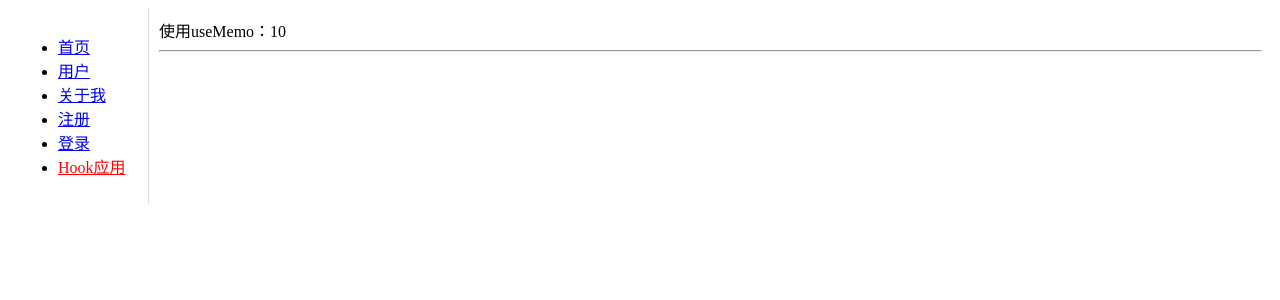
Repository: shellingfordly/js-library-Demo
Page: /hook (app in demo/react/demo/)
The author's editor kept a copy of each file at every save. The page is drawn from the files as they stood at one save, then again after the next save.
The browser window is 1280 px wide. The pictures show the whole page.
The project was rebuilt for these pictures with package versions that can differ from the ones it lists, and the page was loaded fresh each time. Also part of the build but not shown: demo/react/demo/src/views/home/components/UseReducer.js, demo/react/demo/src/views/home/components/SetTimeout.js, demo/react/demo/src/views/home/hook/context.js, demo/react/demo/src/views/home/components/context/useContext.js, demo/react/demo/src/views/home/components/context/contextType.js, demo/react/demo/src/views/home/components/context/consumer.js, demo/react/demo/src/views/home/utils/highComponent.js, demo/react/demo/src/views/home/Home.js and 12 more.

Above is the page before, as saved 2021-01-17 22:56:18.

### demo/react/demo/src/index.js
import React from 'react';
import ReactDOM from 'react-dom';
import './index.css';
import App from './App';
import reportWebVitals from './reportWebVitals';
import {BrowserRouter as Route} from 'react-router-dom'

ReactDOM.render(
  <React.StrictMode>
    <Route>
      <App />
    </Route>
  </React.StrictMode>,
  document.getElementById('root')
);

// If you want to start measuring performance in your app, pass a function
// to log results (for example: reportWebVitals(console.log))
// or send to an analytics endpoint. Learn more: https://bit.ly/CRA-vitals
reportWebVitals();

### demo/react/demo/src/App.js

import './App.scss'
import { Component } from 'react'
import { NavLink, Route, Switch, Redirect } from 'react-router-dom'
import Home from './views/home/Home'
import About from './views/about/About'
import Register from './views/Register'
import User from './views/User'
import Login from './views/Login'
import store from './store'
import { userLogout } from './store/actions'
import Hook from './views/HookComponent'

export default class App extends Component {

  state = {
    isShow: false
  }

  componentDidMount() {
    store.subscribe(() => {
      const data = store.getState()
      this.setState({ isShow: data.isLogin })
    })
  }

  logout = () => {
    store.dispatch(userLogout())
  }


  render() {

    return (
      <div className="app">
        <div className="nav">
          <ul>
            <li>
              <NavLink to='/home'>首页</NavLink>
            </li>
            <li>
          <NavLink to='/user'>用户</NavLink>
            </li>
            <li>
          <NavLink to='/about'>关于我</NavLink>
            </li>
            <li>
          <NavLink to='/register'>注册</NavLink>
            </li>
            <li>
          <NavLink to='/login'>登录</NavLink>
            </li>
            <li>
          <NavLink to='/hook'>Hook应用</NavLink>
            </li>
          </ul>

        </div>
        <div className="content">
          <Switch>
            <Route path="/home" component={Home}></Route>
            <Route path="/user" component={User}></Route>
            <Route path="/about" component={About}></Route>
            <Route path="/register" component={Register}></Route>
            <Route path="/login" component={Login}></Route>
            <Route path="/hook" component={Hook}></Route>
            <Redirect to="/login"></Redirect>
          </Switch>
        </div>
      </div>


    )
  }
};

### demo/react/demo/src/App.scss
.app {
  // width: 80%;
  margin: auto;
  display: flex;

  .nav {
    width: 120px;
    padding: 10px;
    border-right: 1px solid #ddd;

    a {
      display: inline;
      width: 100%;
    }

    .active {
      color: red;
    }
  }

  .content {
    flex:1;
    padding: 10px;
    // display: flex;
    // justify-content: space-around;

    .login {
      .label {
        display: inline-block;
        width: 70px;
      }
      .btn {
        padding-top: 10px;
        text-align: center;

        button:first-child {
          margin-right: 10px;
        }
      }
    }
  }
}

.show {
  display: block;
}
.hide {
  display: none;
}

### demo/react/demo/src/store/index.js
import {createStore, applyMiddleware}  from 'redux'
import thunk from 'redux-thunk'
import  rootReducer from './combineReducer'

export default createStore(rootReducer, applyMiddleware(thunk))

### demo/react/demo/src/store/actions.js
export function saveUser(data){
  return {
    type: 'SAVE',
    data
  }
}

export function getUser(data){
  return {
    type: 'GET',
    data
  }
}

export function userLogin(){
  return {
    type: 'LOGIN',
  }
}

export function userLogout(){
  return {
    type: 'LOGOUT',
  }
}

### demo/react/demo/src/views/HookComponent/index.js

import { UseMemoComponent} from './components/useMemo'

export default function HookComponent(){
  return (
    <div>
      使用useMemo：<UseMemoComponent />
      <hr/>
      {/* 未使用：<useFunComponent/> */}
    </div>
  )
}

### demo/react/demo/src/store/combineReducer.js
import { combineReducers } from 'redux';

import * as reducer from './reducer';


const rootReducer = combineReducers({
  ...reducer
})

export default rootReducer;

### demo/react/demo/src/views/HookComponent/components/useMemo.js
import {useMemo, useState} from 'react'

export function  UseFunComponent (){
  const [len] = useState(5)

  function sum(){
    console.log("computed");
    let count = 0
    for (let i = 0; i < len; i++) {
      count+=i
    }
    return count
  }

  return (
    <span>
      {sum()}
    </span>
  )
}

export function  UseMemoComponent (){

  const [len] = useState(5)

  const sum =  useMemo(()=>{
    console.log("computed");
    let count = 0
    for (let i = 0; i < len; i++) {
      count+=i
    }
    return count
  }, [len])

  return (
    <span>
      {sum}
    </span>
  )
}

### demo/react/demo/src/store/reducer.js
const user_info = {
  username: '',
  password: '',
}

export function user(state = user_info, actions) {
  switch (actions.type) {
    case "SAVE":
      localStorage.setItem('user_info', JSON.stringify(actions.data))
      return { status: true, msg: '登录成功！' }
    case "GET":
      const hasUser = localStorage.getItem('user_info')
      if (hasUser) return { status: true, data: user, msg: '已登录！' }
      else return { status: false, msg: '未登录！' }
    default: return state
  }
}


export function isLogin(state = false, actions) {
  const hasUser = localStorage.getItem('user_info')
  switch (actions.type) {
    case "LOGIN":
      if (hasUser) return true
      else return false
    case "LOGOUT":
      if (hasUser) localStorage.removeItem('user_info')
      return false
    default: return state
  }
}

Loaded but not shown: demo/react/demo/public/index.html (common file); demo/react/demo/src/reportWebVitals.js (common file); demo/react/demo/src/index.css (no stored copy; drawn as an empty file)

After the next save:
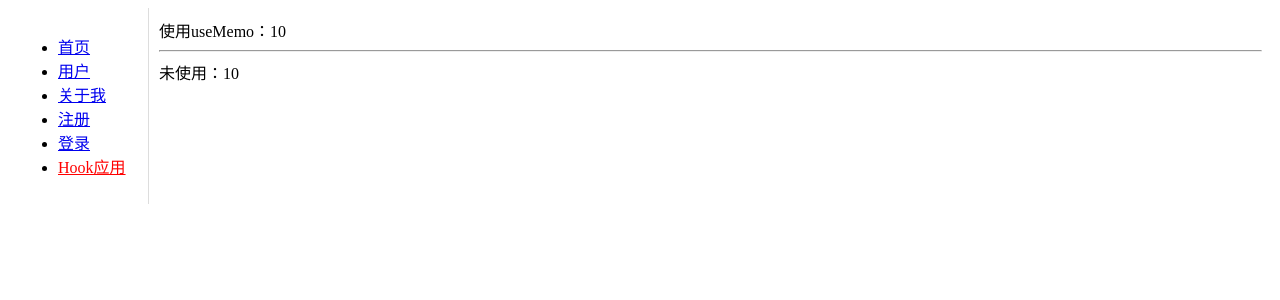
Saved 13 s later.
--- a/demo/react/demo/src/views/HookComponent/index.js
+++ b/demo/react/demo/src/views/HookComponent/index.js
@@ -1,12 +1,12 @@
 
-import { UseMemoComponent} from './components/useMemo'
+import { UseMemoComponent,UseFunComponent} from './components/useMemo'
 
 export default function HookComponent(){
   return (
     <div>
       使用useMemo：<UseMemoComponent />
       <hr/>
-      {/* 未使用：<useFunComponent/> */}
+      未使用：<UseFunComponent/>
     </div>
   )
 }
